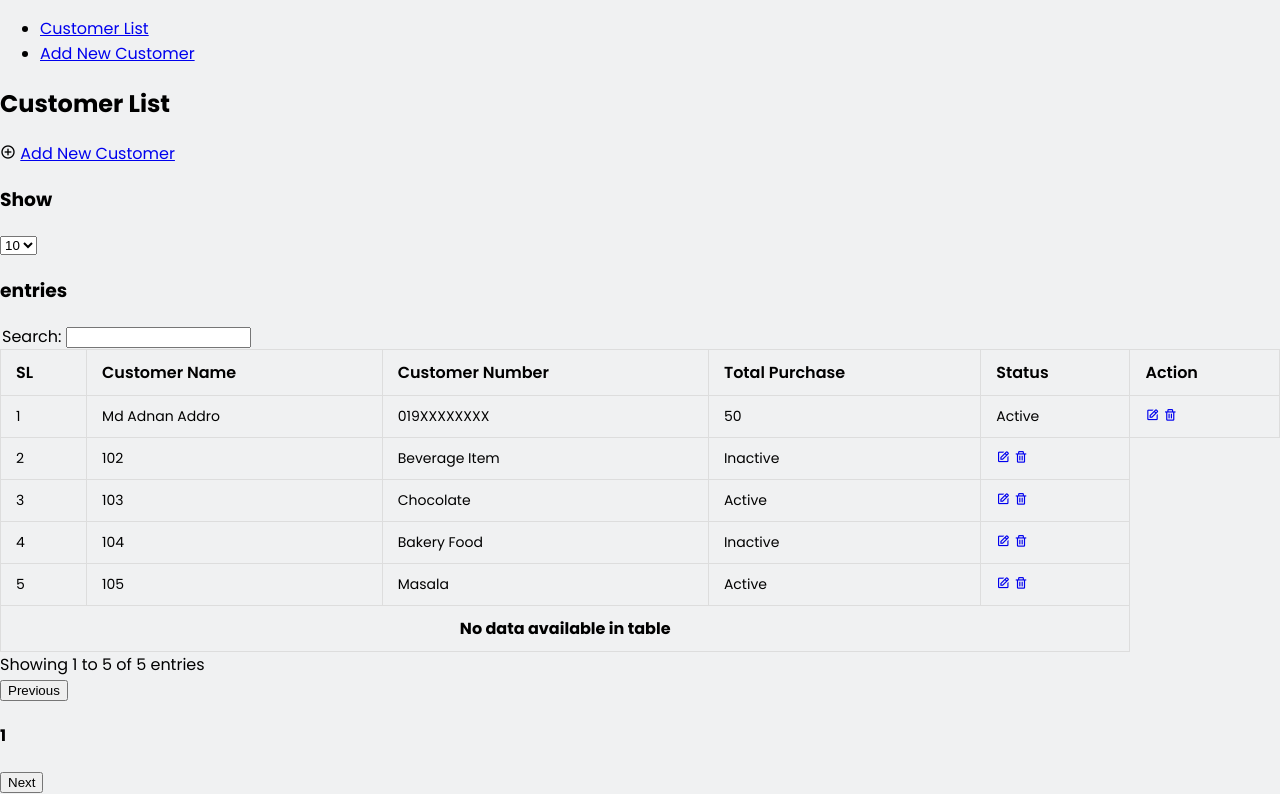
Repository: codebyaddro/customer-page
Page: customer.html
These files come from the project's save history. The page is drawn as it stood at one moment and after the next save; the edit follows.
The browser window is 1280 px wide. The pictures show the whole page.

Above is the page before, as saved 2025-02-20 13:59:29.

After the next save:
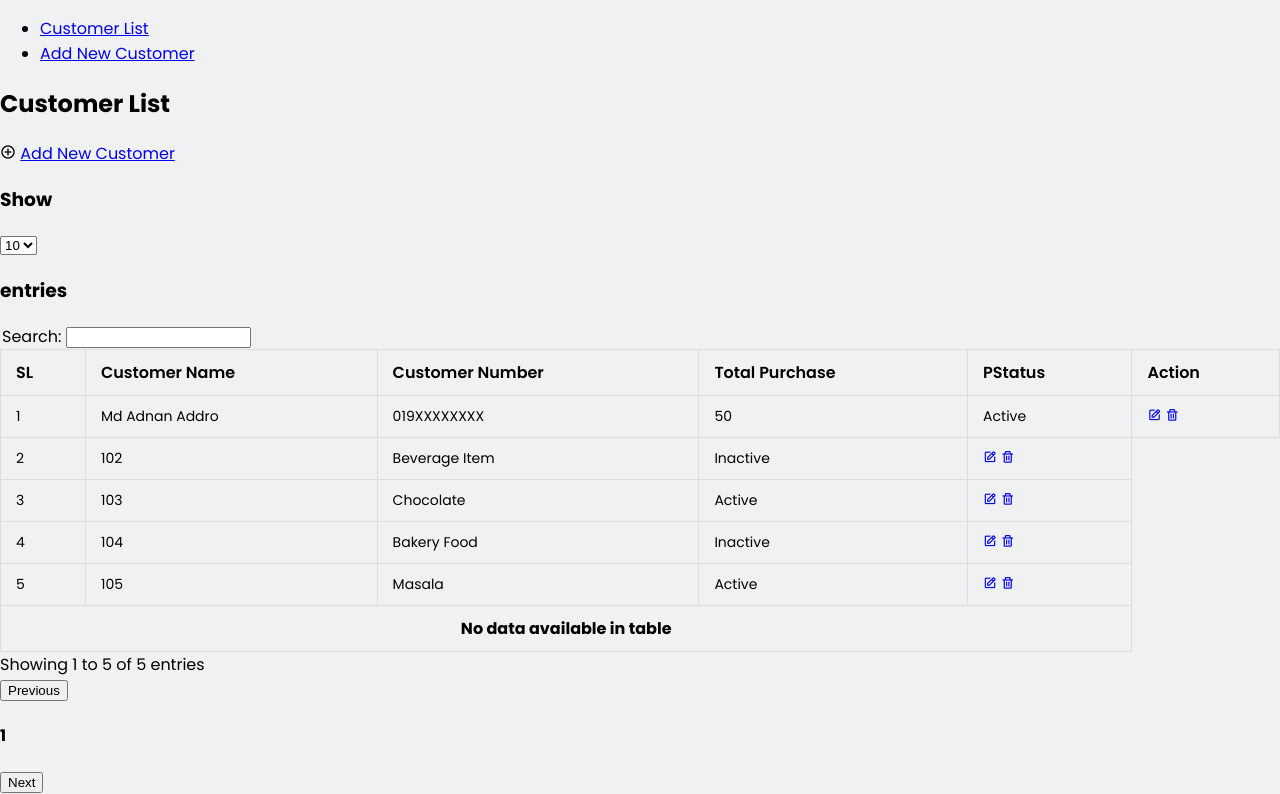
Saved 32 s later.
--- a/customer.html
+++ b/customer.html
@@ -50,7 +50,7 @@
                             <th title="Code">Customer Name</th>
                             <th title="Category Name">Customer Number</th>
                             <th title="Status">Total Purchase</th>
-                            <th title="Status">Status</th>
+                            <th title="Status">PStatus</th>
                             <th title="Action">Action</th>
                         </tr>
                     </thead>

After the save that followed:
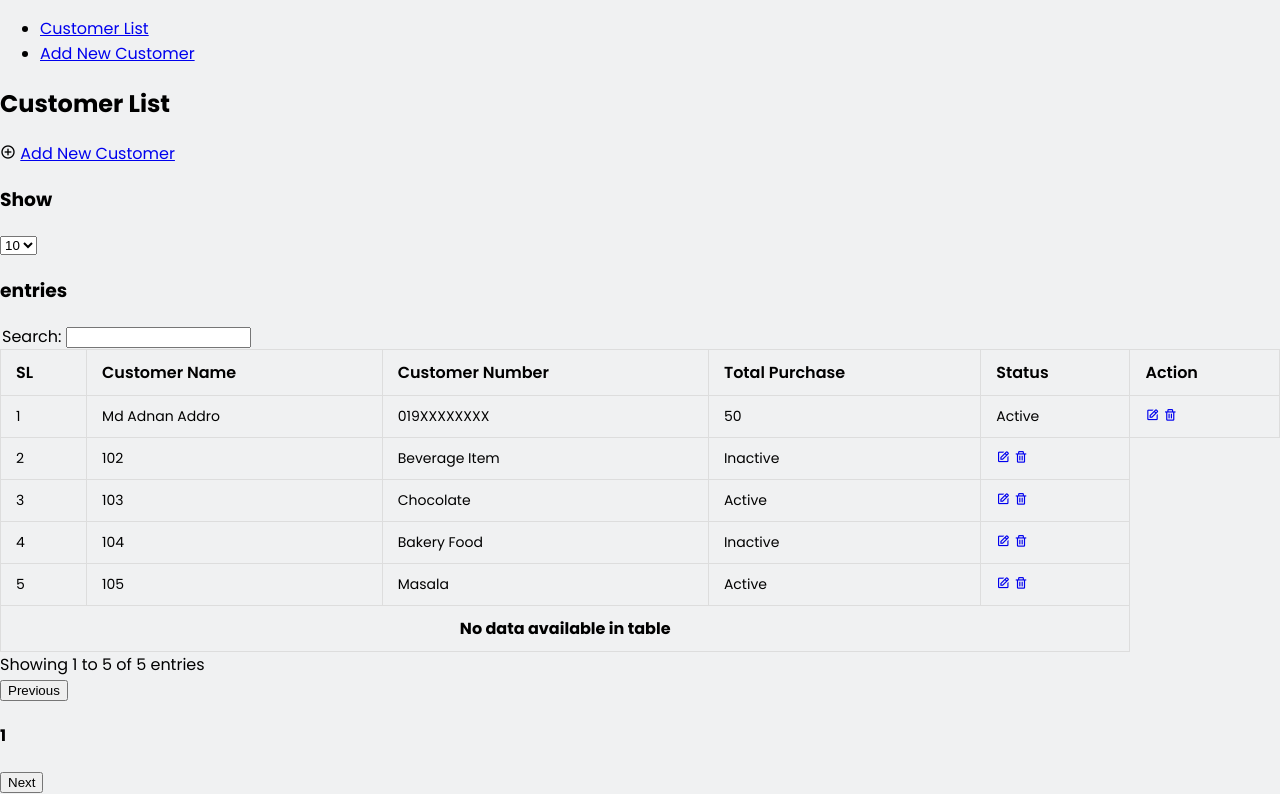
Saved 4 s later.
--- a/customer.html
+++ b/customer.html
@@ -50,7 +50,7 @@
                             <th title="Code">Customer Name</th>
                             <th title="Category Name">Customer Number</th>
                             <th title="Status">Total Purchase</th>
-                            <th title="Status">PStatus</th>
+                            <th title="Status">Status</th>
                             <th title="Action">Action</th>
                         </tr>
                     </thead>
